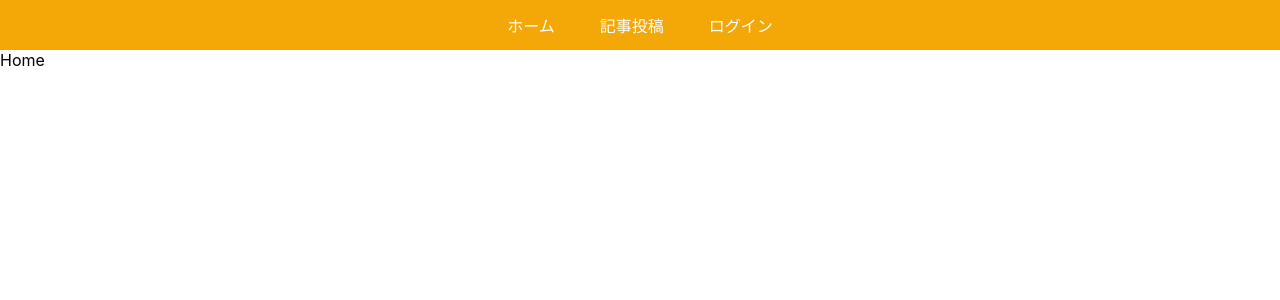
Repository: kusabi-19/keiziban
Page: /
The author's editor kept a copy of each file at every save. The page is drawn from the files as they stood at one save, then again after a run of saves.
The browser window is 1280 px wide. The pictures show the whole page.
The project was rebuilt for these pictures with package versions that can differ from the ones it lists, and the page was loaded fresh each time. Also part of the build but not shown: src/App.css, src/components/CreatePost.js, src/firebase.js, src/components/Login.js, src/components/Logout.js.

Above is the page before, as saved 2025-05-16 08:30:30.

After the next 2 saves:
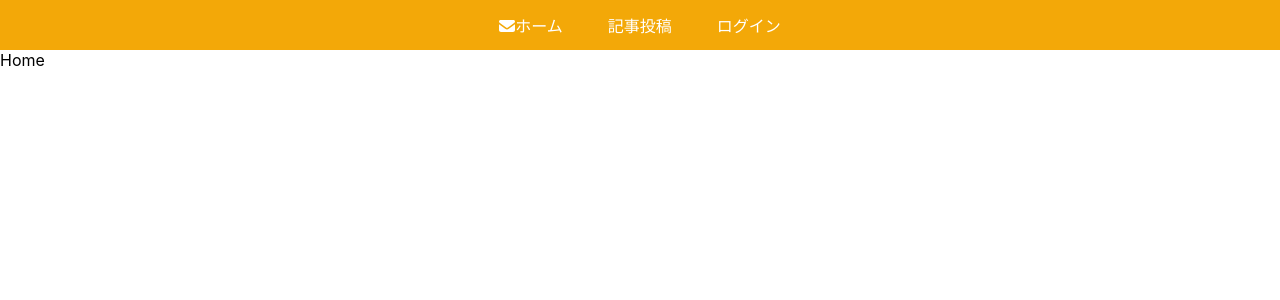
The 2 saves are shown as one change because they came seconds apart.
The last was saved 4 min 31 s later.
--- a/src/components/Navbar.js
+++ b/src/components/Navbar.js
@@ -1,11 +1,13 @@
 import React from 'react'
 import { Link } from 'react-router-dom'
 import "./Navbar.css"
+import { FontAwesomeIcon } from '@fortawesome/react-fontawesome'
+import { faEnvelope } from '@fortawesome/free-solid-svg-icons'
 
 const Navbar = () => {
   return (
     <nav>
-      <Link to="/">ホーム</Link>
+      <Link to="/"><FontAwesomeIcon icon={faEnvelope} />ホーム</Link>
       <Link to="/createpost">記事投稿</Link>
       <Link to="/login">ログイン</Link>
     </nav>
